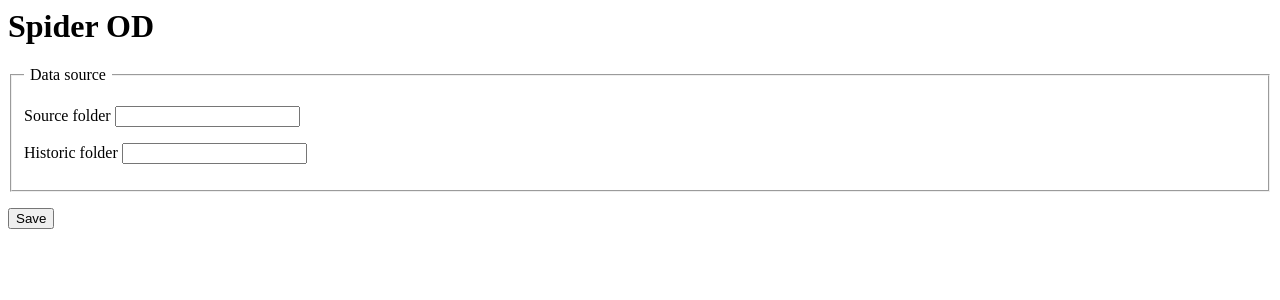
Repository: tclab/java_web_app_template
Page: http://localhost/Template/jsp/spiders/od/od.jsp
An editor plug-in stored every save of this project. The page is shown before and after the next save, followed by the edit.
The browser window is 1280 px wide. The pictures show the whole page.
The page is served by Tomcat 9.

Above is the page before, as saved 2013-08-08 14:01:10.
Console error: ReferenceError: jQuery is not defined

After the next save:
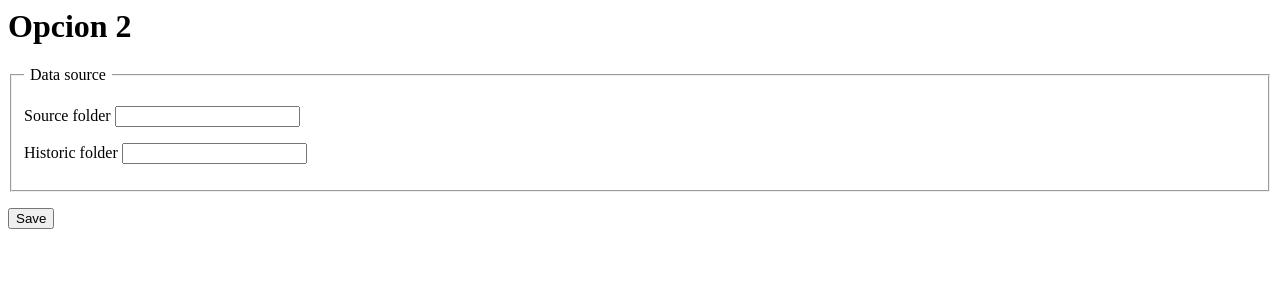
Saved 16 s later.
--- a/Template/WebContent/jsp/spiders/od/od.jsp
+++ b/Template/WebContent/jsp/spiders/od/od.jsp
@@ -22,7 +22,7 @@
 </script>
 
 <!-- Pagetitle -->
-<h1 class="pagetitle">Spider OD</h1>
+<h1 class="pagetitle">Opcion 2</h1>
 
 <!-- Content unit - One column -->
 <!-- <h1 class="block">1 - Configuration form</h1> -->
